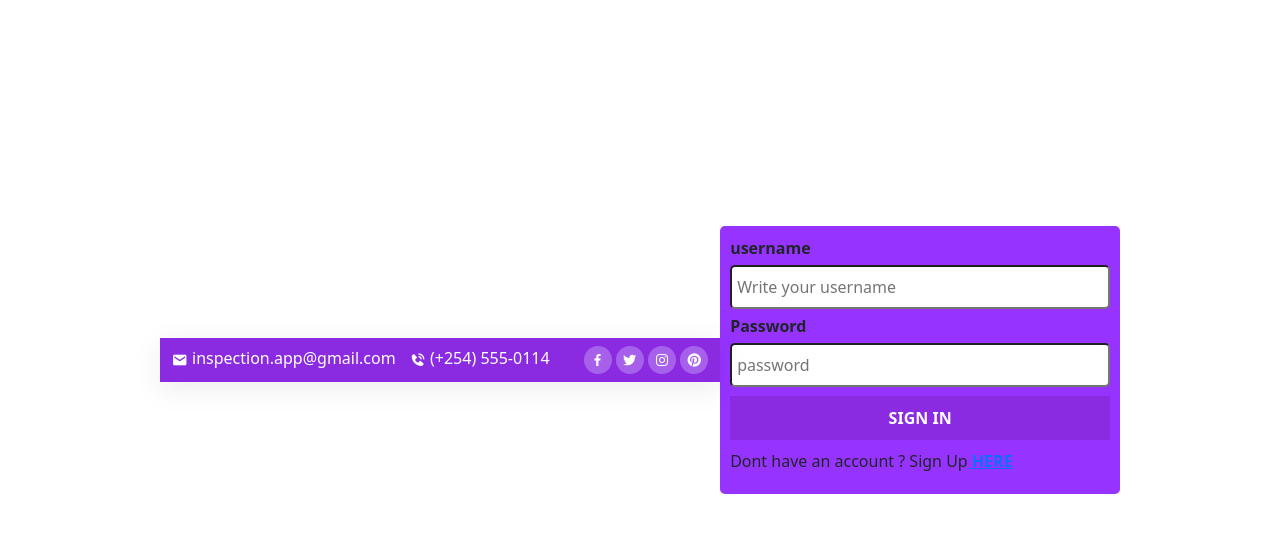
Repository: NDISHAW/Inspectionapp-rails
Page: public/signIn.html
The author's editor kept a copy of each file at every save. The page is drawn from the files as they stood at one save, then again after a run of saves.
The browser window is 1280 px wide. The pictures show the whole page.

Above is the page before, as saved 2022-10-09 04:27:24.

After the next 2 saves:
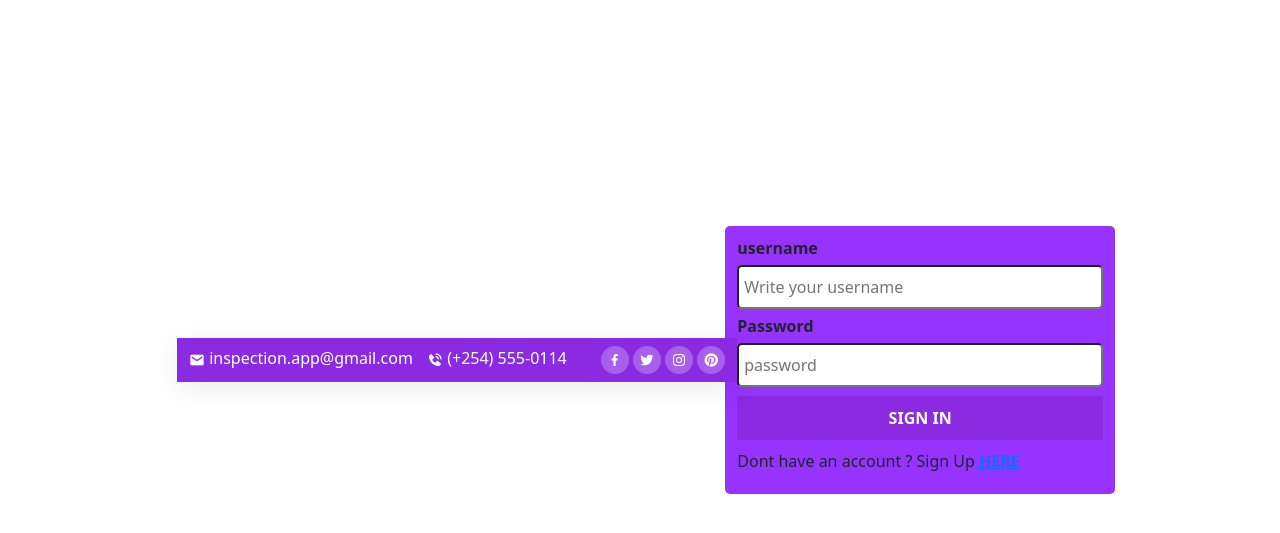
The 2 saves are shown as one change because they came seconds apart.
The last was saved 38 s later.
--- a/public/signIn.html
+++ b/public/signIn.html
@@ -36,6 +36,7 @@
       </div>
 
     <section id="about">
+      <div class="row justify-content-between">
     <div class="form">
       <!-- Email  -->
       <div class="email">
